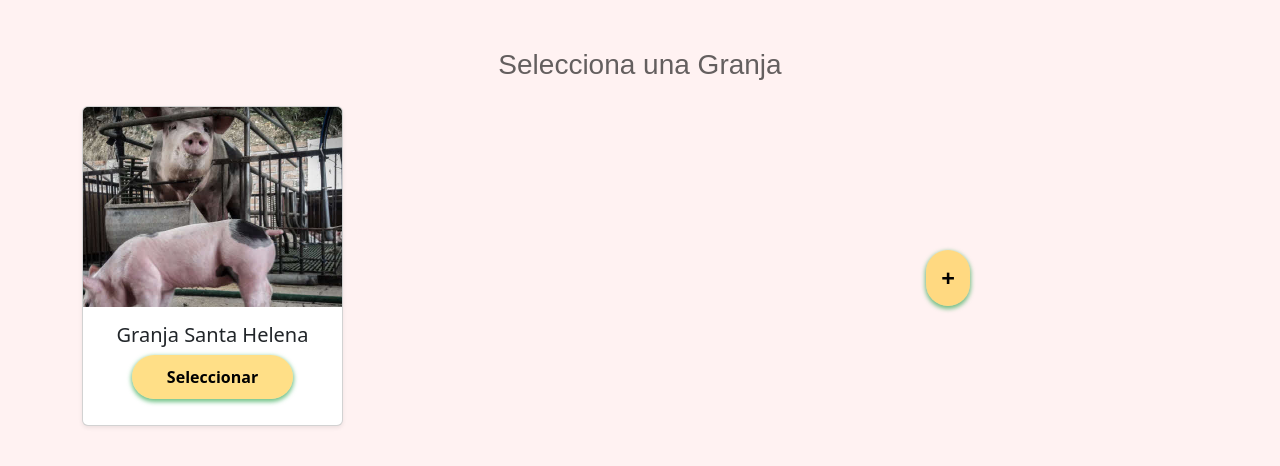
Repository: Mateojimenezz/Granja-Santa-Helena
Page: seleccionarGranja.html
An editor plug-in stored every save of this project. The page is shown before and after a run of saves, followed by the edit.
The browser window is 1280 px wide. The pictures show the whole page.
Some web fonts or font styles are not loaded; a fallback is used.

Above is the page before, as saved 2025-05-13 10:57:02.

### seleccionarGranja.html
<!DOCTYPE html>
<html lang="es">
<head>
    <meta charset="UTF-8">
    <meta name="viewport" content="width=device-width, initial-scale=1.0">
    <title>La Granja</title>
    <link href="https://cdn.jsdelivr.net/npm/bootstrap@5.3.3/dist/css/bootstrap.min.css" rel="stylesheet" integrity="sha384-QWTKZyjpPEjISv5WaRU9OFeRpok6YctnYmDr5pNlyT2bRjXh0JMhjY6hW+ALEwIH" crossorigin="anonymous">

    <link rel="stylesheet" href="./assets/css/seleccionarGranja.css">
    <link rel="stylesheet" href="https://cdn.jsdelivr.net/npm/bootstrap-icons@1.11.3/font/bootstrap-icons.min.css">
    <link href="https://fonts.googleapis.com/css2?family=Calistoga&display=swap" rel="stylesheet">

  </head>
<body>
    <div class="container mt-5">
        <h3 class="text-center mb-4">Selecciona una Granja</h3>

        <div class="row g-4" id="granjas-list">
            <!-- Primera granja fija -->
            <div class="col-md-3 " id="granjas-container">
                <div class="card shadow-sm">
                    <img src="./assets/img/granja2.jpg" class="card-img-top" alt="Santa Helena">
                    <div class="card-body text-center">
                        <h5 class="card-title">Granja Santa Helena</h5>
                        <button class="btn btn-form" onclick="seleccionarGranja('Santa Helena')">Seleccionar</button>
                    </div>
                </div>
            </div>

            <!-- Aquí se agregarán las granjas dinámicamente -->
        </div>

        <!-- Botón para ir a la página de agregar nueva granja -->
        <div class="text-center mt-4">
            <a href="agregarGranja.html" id="agregar-granja" class="btn btn-form"> + </a>
        </div>
    </div>






  <!-- bootstrap JS -->
  <script src="https://cdn.jsdelivr.net/npm/bootstrap@5.3.3/dist/js/bootstrap.bundle.min.js" integrity="sha384-YvpcrYf0tY3lHB60NNkmXc5s9fDVZLESaAA55NDzOxhy9GkcIdslK1eN7N6jIeHz" crossorigin="anonymous"></script>
  <script src="./assets/js/seleccionarGranja.js"></script>




</body>

</html>

### assets/css/seleccionarGranja.css

@import "./variables.css";
body{
    background-color: var( --color-FondoDiv2);
}
.container h3 {
    text-align: center;
    margin-bottom: 20px;
    color: var(--color-TextoMenuLateral);
    font-family: var(--font-principal);
}
.granja-card {
    width: 150px;
    margin: 10px;
    padding: 10px;
    border: 1px solid #ccc;
    border-radius: 8px;
    text-align: center;
    box-shadow: 2px 2px 10px rgba(0,0,0,0.2);
}



.granja-card button {
    margin-top: 10px;
    background-color: #007bff;
    color: white;
    border: none;
    padding: 5px 10px;
    cursor: pointer;
    border-radius: 5px;
}
.card-img-top {
    width: 100%;
    height: 200px; /* Ajusta según el diseño */
    object-fit: cover; /* Recorta la imagen para que se ajuste sin deformarse */

}
.btn-form{
    background-color: var(  --color-Botones);
    padding: 10px 35px;
    margin-bottom: 10px;
    border: none;
    border-radius: 30px;
    color: black;
    font-weight: bold;
    box-shadow: 0 2px 4px 1px  rgba(25, 157, 60, 0.6) /* Sombra verde */

  }
  .btn-form:hover {
    background-color: #f4cf50; /* Tonalidad más oscura */
    color: black;
  }
  .btn-form:active {
    background-color:var(--color-principal)!important;
    color: white !important;
    box-shadow: none !important;
  }

#granjas-container {
    position: relative; /* Habilita posicionamiento dentro del contenedor */
    display: flex;

}

#agregar-granja {
    position: absolute;
    top: 250px; /* Ajusta la distancia desde arriba */
    right: 310px; /* Ajusta la distancia desde la derecha */
    z-index: 10; /* Asegura que el botón esté por encima de otros elementos */
    padding: 10px 15px;
    font-size: 24px;
}

### assets/js/seleccionarGranja.js
// ✅ Mostrar vista previa de imagen antes de guardarla
document.getElementById("imagen")?.addEventListener("change", function(event) {
    const file = event.target.files[0];
    const reader = new FileReader();

    reader.onload = function() {
        document.getElementById("preview").src = reader.result;
        document.getElementById("preview").style.display = "block";
    };

    if (file) {
        reader.readAsDataURL(file);
    }
});

// ✅ Guardar nueva granja y redirigir a `seleccionarGranja.html`
document.getElementById("form-granja")?.addEventListener("submit", function(event) {
    event.preventDefault();

    const nombreGranja = document.getElementById("nombre").value;
    const urlImagen = document.getElementById("preview").src;

    if (nombreGranja && urlImagen) {
        let granjas = JSON.parse(localStorage.getItem("granjas")) || [];
        granjas.push({ nombre: nombreGranja, imagen: urlImagen });
        localStorage.setItem("granjas", JSON.stringify(granjas));

        alert("Granja agregada correctamente!");

        window.location.href = "seleccionarGranja.html"; // Redirigir
    }
});

// ✅ Cargar las granjas guardadas en `seleccionarGranja.html`
document.addEventListener("DOMContentLoaded", function() {
    const listaGranjas = document.getElementById("granjas-list");
    let granjas = JSON.parse(localStorage.getItem("granjas")) || [];

    if (granjas.length === 0) {
        console.warn("No hay granjas en el localStorage.");
    }

    granjas.forEach(granja => {
        const nuevaGranja = document.createElement("div");
        nuevaGranja.classList.add("col-md-3");

        nuevaGranja.innerHTML = `
            <div class="card shadow-sm">
                <img src="${granja.imagen}" class="card-img-top" alt="Imagen de ${granja.nombre}">
                <div class="card-body text-center">
                    <h5 class="card-title">${granja.nombre}</h5>
                    <button class="btn btn-form" onclick="seleccionarGranja('${granja.nombre}')">Seleccionar</button>
                </div>
            </div>
        `;

        listaGranjas.appendChild(nuevaGranja);
    });
});

function seleccionarGranja(nombre) {
    alert(`Has seleccionado la granja: ${nombre}`);
    localStorage.setItem("granjaSeleccionada", nombre);
    window.location.href = "dashboard.html"; // Redirigir a la vista de la granja
}

// ✅ Guardar la granja seleccionada y redirigir a `inicio.html`
function seleccionarGranja(nombre) {
    localStorage.setItem("granjaSeleccionada", nombre);
    window.location.href = "paginaDeInicio.html"; // Redirigir a la página principal
}

### assets/css/variables.css
/* variables.css */
:root {
    --color-principal: #1CAD48 ;
    --color-Botones: rgba(255, 187, 0, 0.47);
    --color-texto: white;
    --color-fondo: #f5f5f5;
    --font-principal: 'calistoga','arial';
    --color-fondoDiv: #F8E91C;
    --color-FondoDiv2:#FFF2F2;
    --color-Footter: #D9D9D9;
    --letra-gris: #B0B0B7;
    --color-menu-lateral:#BDEAAD;
    --color-TextoMenuLateral:#645f5f; /* Color de texto del menú lateral */
    --fondo-formularios:#FFFFFF; /* Color de fondo de los formularios */
  }

After the next 2 saves:
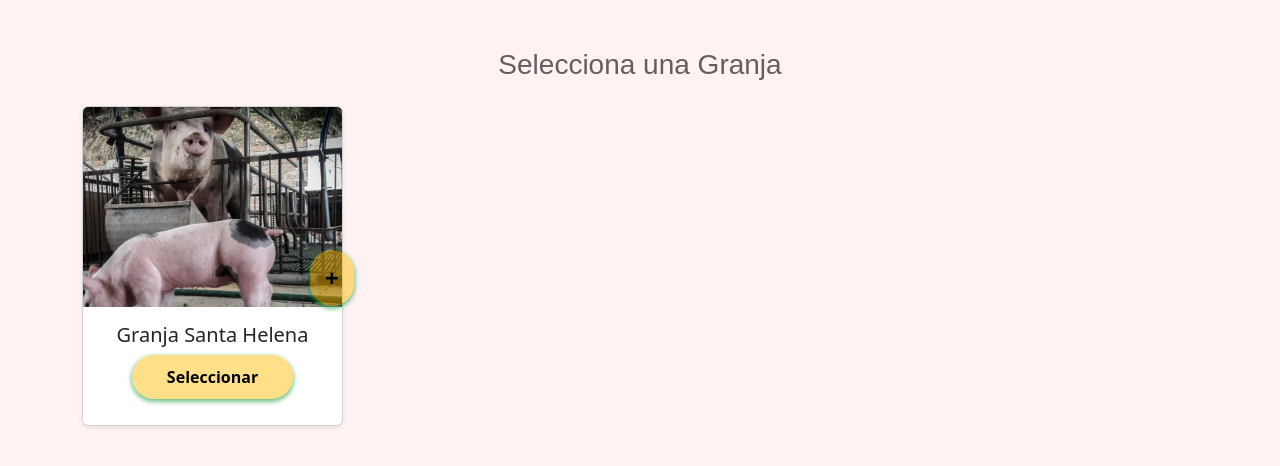
The 2 saves are shown as one change because they came seconds apart.
The last was saved 14 s later.
--- a/assets/css/seleccionarGranja.css
+++ b/assets/css/seleccionarGranja.css
@@ -66,7 +66,7 @@ body{
 #agregar-granja {
     position: absolute;
     top: 250px; /* Ajusta la distancia desde arriba */
-    right: 310px; /* Ajusta la distancia desde la derecha */
+    left: 310px; /* Ajusta la distancia desde la derecha */
     z-index: 10; /* Asegura que el botón esté por encima de otros elementos */
     padding: 10px 15px;
     font-size: 24px;
